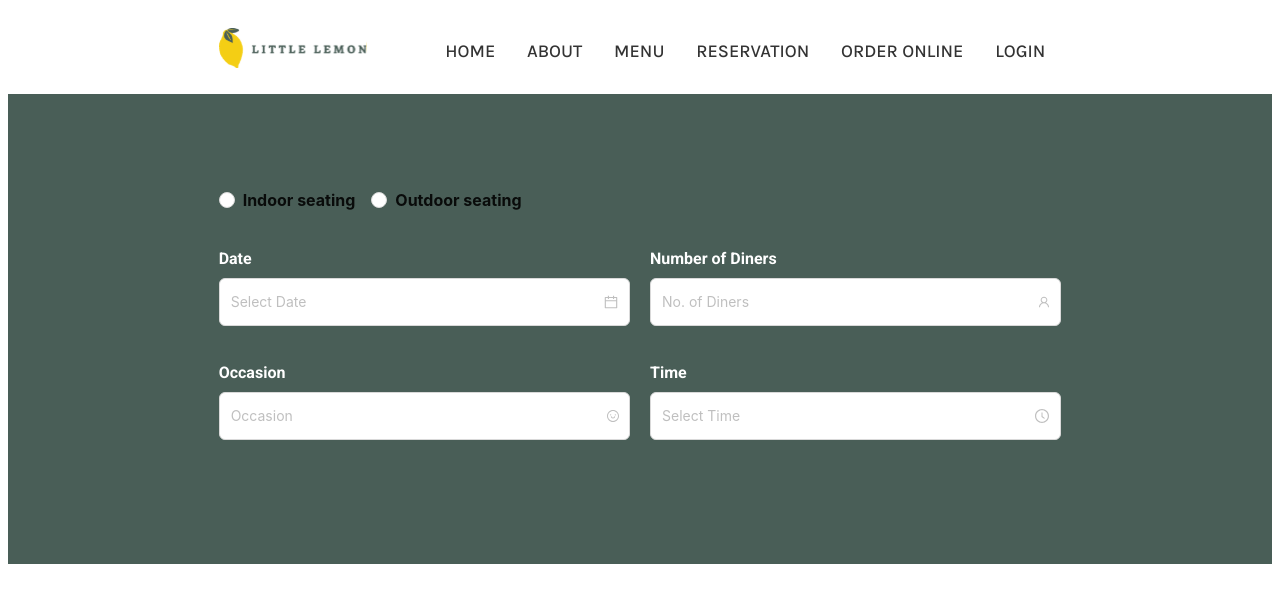
Repository: Yeshwanth-189/little-lemon
Page: /reservation (app in little-lemon/)
The author's editor kept a copy of each file at every save. The page is drawn from the files as they stood at one save, then again after the next save.
The browser window is 1280 px wide. The pictures show the whole page.
The project was rebuilt for these pictures with package versions that can differ from the ones it lists, and the page was loaded fresh each time. Also part of the build but not shown: little-lemon/src/index.css, little-lemon/src/components/Hero/Hero.css, little-lemon/src/components/Hero/Hero.jsx, little-lemon/src/components/Specials/Specials.css, little-lemon/src/components/Specials/Specials.jsx, little-lemon/src/components/Testimonials/Testimonials.css, little-lemon/src/components/Testimonials/Testimonials.jsx, little-lemon/src/components/About/About.css and 3 more.

Above is the page before, as saved 2025-04-26 22:35:56.

### little-lemon/public/index.html
<!DOCTYPE html>
<html lang="en">
  <head>
    <meta charset="utf-8" />
    <link rel="icon" href="%PUBLIC_URL%/Logo.png" />
    <meta name="viewport" content="width=device-width, initial-scale=1" />
    <meta name="theme-color" content="#000000" />
    <meta
      name="description"
      content="Little Lemon is a family-run Mediterranean restaurant in Chicago, IL."
    />
    <meta name="og:image" content="%PUBLIC_URL%/Logo.png" />
    <meta name="og:title" content="Little-Lemon Restaurant" />
    <link rel="apple-touch-icon" href="%PUBLIC_URL%/Logo.png" />
    <!--
      manifest.json provides metadata used when your web app is installed on a
      user's mobile device or desktop. See https://developers.google.com/web/fundamentals/web-app-manifest/
    -->
    <link rel="manifest" href="%PUBLIC_URL%/manifest.json" />
    <!--
      Notice the use of %PUBLIC_URL% in the tags above.
      It will be replaced with the URL of the `public` folder during the build.
      Only files inside the `public` folder can be referenced from the HTML.

      Unlike "/favicon.ico" or "favicon.ico", "%PUBLIC_URL%/favicon.ico" will
      work correctly both with client-side routing and a non-root public URL.
      Learn how to configure a non-root public URL by running `npm run build`.
    -->
    <title>Little Lemon</title>
    <link rel="stylesheet" href="%PUBLIC_URL%/index.css" />
    <link rel="preconnect" href="https://fonts.googleapis.com" />
    <link rel="preconnect" href="https://fonts.gstatic.com" crossorigin />
    <link
      href="https://fonts.googleapis.com/css2?family=Karla:ital,wght@0,200..800;1,200..800&display=swap"
      rel="stylesheet"
    />
    <link rel="preconnect" href="https://fonts.googleapis.com" />
    <link rel="preconnect" href="https://fonts.gstatic.com" crossorigin />
    <link
      href="https://fonts.googleapis.com/css2?family=Karla:ital,wght@0,200..800;1,200..800&family=Roboto:ital,wght@0,100..900;1,100..900&display=swap"
      rel="stylesheet"
    />
  </head>
  <body>
    <noscript>You need to enable JavaScript to run this app.</noscript>
    <div id="root"></div>
    <!--
      This HTML file is a template.
      If you open it directly in the browser, you will see an empty page.

      You can add webfonts, meta tags, or analytics to this file.
      The build step will place the bundled scripts into the <body> tag.

      To begin the development, run `npm start` or `yarn start`.
      To create a production bundle, use `npm run build` or `yarn build`.
    -->
  </body>
</html>

### little-lemon/src/App.js
import React from "react";
import { BrowserRouter as Router, Routes, Route } from "react-router-dom";
import Nav from "./components/Navigation/NavBar";
import Hero from "./components/Hero/Hero";
import Specials from "./components/Specials/Specials";
import Testimonials from "./components/Testimonials/Testimonials";
import About from "./components/About/About";
import Footer from "./components/Footer/Footer";
import Reservation from "./components/Reservation/Reservation";

function Home() {
  return (
    <div>
      <Hero />
      <Specials />
      <Testimonials />
      <About />
      <Footer />
    </div>
  );
}

function Menu() {
  return <h1>Menu Page</h1>;
}

function App() {
  return (
    <Router>
      <Nav />
      <Routes>
        <Route path="/" element={<Home />} />
        <Route path="/menu" element={<Menu />} />
        <Route path="/about" element={<About />} />
        <Route path="/reservation" element={<Reservation />} />
      </Routes>
    </Router>
  );
}

export default App;

### little-lemon/src/components/Navigation/NavBar.jsx
import React from "react";
import { Link as RouterLink } from "react-router-dom";
import { Link as ScrollLink } from "react-scroll";
import Logo from "../../assets/Logo.svg";
import "./NavBar.css";

function Nav() {
  return (
    <nav className="nav-grid">
      {/* Empty 1-2 columns */}
      <div className="nav-empty"></div>

      {/* Logo 3-4 */}
      <div className="nav-logo">
        <img src={Logo} alt="Little Lemon Logo" />
      </div>

      {/* Nav links 5-10 */}
      <div className="nav-links">
        <RouterLink to="/">HOME</RouterLink>
        <ScrollLink
          to="about"
          smooth={true}
          duration={1000}
          offset={-70} // Adjust if your NavBar is sticky
        >
          ABOUT
        </ScrollLink>
        <RouterLink to="/menu">MENU</RouterLink>
        <RouterLink to="/reservation">RESERVATION</RouterLink>
        <RouterLink to="/order-online">ORDER ONLINE</RouterLink>
        <RouterLink to="/login">LOGIN</RouterLink>
      </div>

      {/* Empty 11-12 columns */}
      <div className="nav-empty"></div>
    </nav>
  );
}

export default Nav;

### little-lemon/src/components/Reservation/Reservation.jsx
import React from "react";
import { Select, Radio, DatePicker, TimePicker } from "antd";
import {
  UserOutlined,
  CalendarOutlined,
  ClockCircleOutlined,
  SmileOutlined,
} from "@ant-design/icons";
import "./Reservation.css";

const { Option } = Select;

function Reservation() {
  return (
    <section className="reservation-grid">
      {/* Empty margin */}
      <div className="reservation-empty"></div>

      {/* Main Form */}
      <div className="reservation-main">
        {/* Row 1: Radio buttons */}
        <div className="reservation-row">
          <div className="reservation-col">
            <Radio.Group>
              <Radio value="indoor">Indoor seating</Radio>
              <Radio value="outdoor">Outdoor seating</Radio>
            </Radio.Group>
          </div>
        </div>

        {/* Row 2: Date and Number of Diners */}
        <div className="reservation-row">
          <div className="reservation-col">
            <label>Date</label>
            <DatePicker
              suffixIcon={<CalendarOutlined />}
              style={{ width: "100%", height: "3rem" }}
              placeholder="Select Date"
            />
          </div>
          <div className="reservation-col">
            <label>Number of Diners</label>
            <Select
              placeholder="No. of Diners"
              suffixIcon={<UserOutlined />}
              style={{ width: "100%", height: "3rem" }}
            >
              <Option value="1">2</Option>
              <Option value="2">4</Option>
              <Option value="3">6</Option>
              <Option value="4">8</Option>
            </Select>
          </div>
        </div>

        {/* Row 3: Occasion and Time */}
        <div className="reservation-row">
          <div className="reservation-col">
            <label>Occasion</label>
            <Select
              placeholder="Occasion"
              suffixIcon={<SmileOutlined />}
              style={{ width: "100%", height: "3rem" }}
            >
              <Option value="birthday">Birthday</Option>
              <Option value="anniversary">Anniversary</Option>
              <Option value="other">Other</Option>
            </Select>
          </div>
          <div className="reservation-col">
            <label>Time</label>
            <TimePicker
              suffixIcon={<ClockCircleOutlined />}
              style={{ width: "100%", height: "3rem" }}
              use12Hours
              format="h:mm A"
              placeholder="Select Time"
            />
          </div>
        </div>
      </div>

      {/* Empty margin */}
      <div className="reservation-empty"></div>
    </section>
  );
}

export default Reservation;

### little-lemon/src/components/Navigation/NavBar.css
.nav-grid {
  display: grid;
  grid-template-columns: repeat(12, 1fr);
  align-items: center;
  background-color: white;
  padding: 20px 0;
  position: sticky;
  top: 0;
  z-index: 10;
  font-family: "karla", sans-serif;
  font-size: 20px;
  font-weight: 700;
}

/* Empty columns for margins */
.nav-empty {
  grid-column: span 2;
}

/* Logo */
.nav-logo {
  grid-column: span 2;
  font-size: 24px;
  font-weight: bold;
  color: #495e57;
}

.nav-logo a {
  text-decoration: none;
  color: inherit;
}

/* Links */
.nav-links {
  grid-column: span 6;
  display: flex;
  justify-content: space-around;
  align-items: center;
}

.nav-links a {
  text-decoration: none;
  color: #333;
  font-size: 18px;
  font-weight: 500;
}

.nav-links a:hover {
  color: #f4ce14;
}

/* MOBILE RESPONSIVE */
@media (max-width: 768px) {
  .nav-grid {
    grid-template-columns: repeat(4, 1fr);
    padding: 10px 0;
  }

  .nav-empty {
    display: none; /* No margin on mobile */
  }

  .nav-logo {
    grid-column: span 2;
    font-size: 20px;
    text-align: left;
    padding-left: 10px;
  }

  .nav-links {
    grid-column: span 2;
    display: flex;
    flex-direction: column; /* Stack links vertically */
    gap: 10px;
    align-items: flex-end;
    padding-right: 10px;
  }

  .nav-links a {
    font-size: 16px;
  }
}

### little-lemon/src/components/Reservation/Reservation.css
.reservation-grid {
  display: grid;
  grid-template-columns: repeat(12, 1fr);
  width: 100%;
  max-width: 1440px;
  margin: 0 auto;
  min-height: 350px;
  padding: 60px 0;
  background-color: #495e57; /* Background like your Figma */
  color: white;
}

/* Empty margins */
.reservation-empty {
  display: none;
}

/* Main Section (3-10 columns) */
.reservation-main {
  grid-column: 3 / span 8;
  display: flex;
  flex-direction: column;
  gap: 20px;
}

/* Each Row */
.reservation-row {
  display: flex;
  justify-content: space-between;
  gap: 20px;
}

/* Each Column inside Row */
.reservation-col {
  flex: 1;
  display: flex;
  flex-direction: column;
  gap: 10px;
  font-family: "roboto", sans-serif;
  font-size: 20px;
}

/* Inputs and Selects */
.reservation-col input[type="radio"] {
  margin-right: 8px;
}

.reservation-col select {
  padding: 10px;
  border-radius: 8px;
  border: none;
  font-size: 16px;
}

/* Labels */
.reservation-col label {
  font-size: 16px;
  font-weight: bold;
  margin-top: 4%;
}

/* MOBILE RESPONSIVE */
@media (max-width: 768px) {
  .reservation-grid {
    grid-template-columns: repeat(4, 1fr);
    padding: 30px 0;
  }

  .reservation-main {
    grid-column: 1 / span 4;
  }

  .reservation-row {
    flex-direction: column;
  }
}

Loaded but not shown: little-lemon/src/index.js (common file); little-lemon/src/reportWebVitals.js (common file); little-lemon/public/index.css (common file)

After the next save:
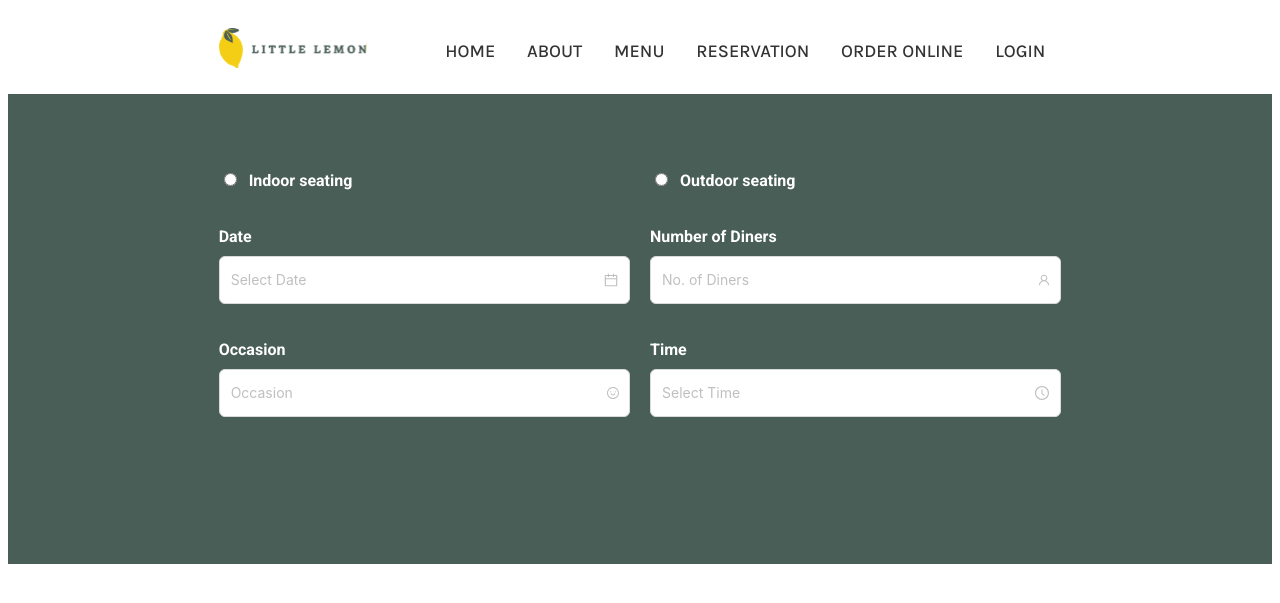
Saved 53 s later.
--- a/little-lemon/src/components/Reservation/Reservation.jsx
+++ b/little-lemon/src/components/Reservation/Reservation.jsx
@@ -21,13 +21,18 @@ function Reservation() {
         {/* Row 1: Radio buttons */}
         <div className="reservation-row">
           <div className="reservation-col">
-            <Radio.Group>
-              <Radio value="indoor">Indoor seating</Radio>
-              <Radio value="outdoor">Outdoor seating</Radio>
-            </Radio.Group>
+            <label>
+              <input type="radio" name="seating" value="indoor" /> Indoor
+              seating
+            </label>
+          </div>
+          <div className="reservation-col">
+            <label>
+              <input type="radio" name="seating" value="outdoor" /> Outdoor
+              seating
+            </label>
           </div>
         </div>
-
         {/* Row 2: Date and Number of Diners */}
         <div className="reservation-row">
           <div className="reservation-col">
